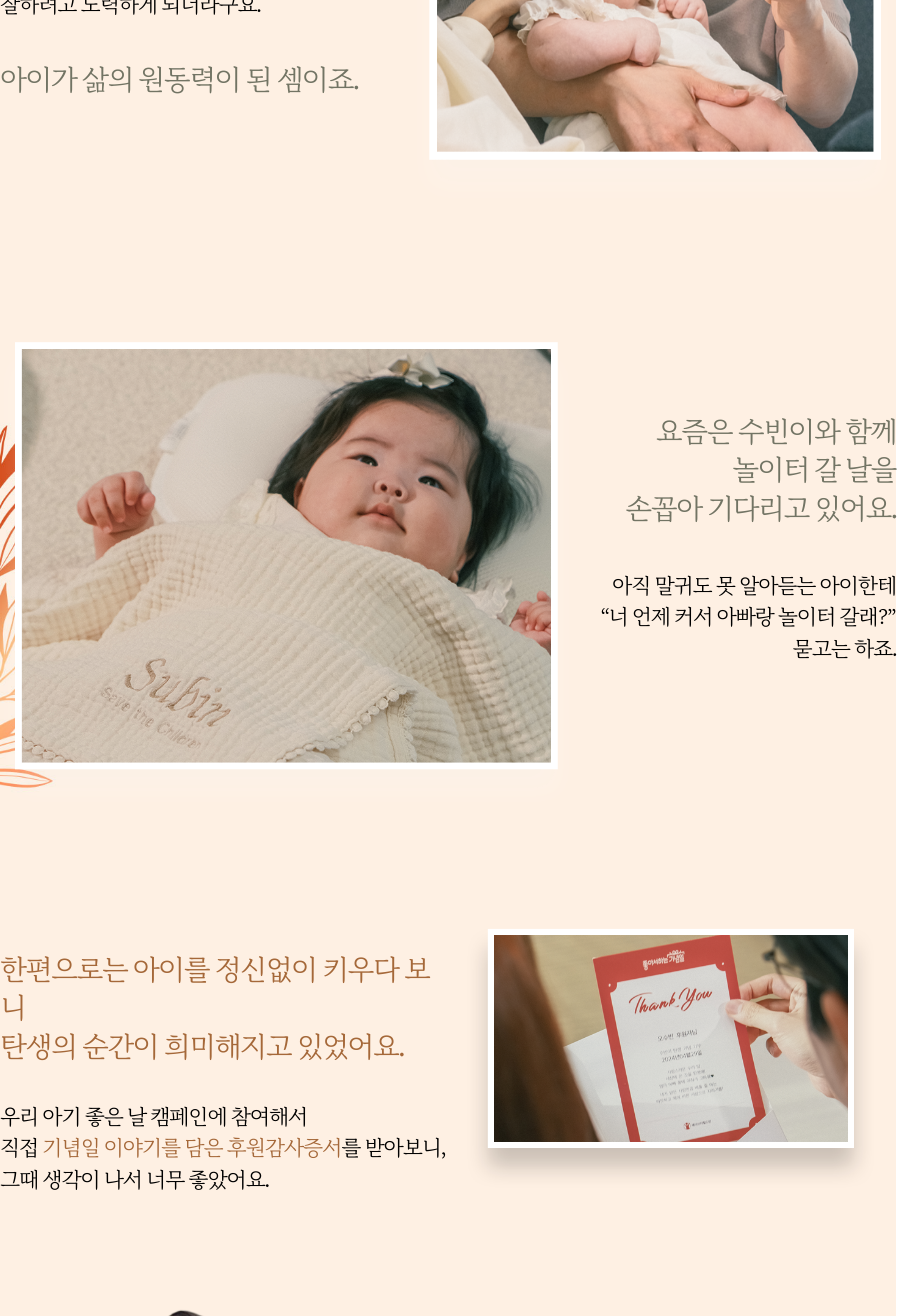
Repository: dlgywls1130/saveTheChildren
Page: index.html
These files come from the project's save history. The page is drawn as it stood at one moment and after the next save; the edit follows.
The browser window is 1280 px wide. The page is 1293 px wide, so the pictures cover 1293 px, including what lies to the right of the window. The pictures show the part of the page from y = 4620 to 6500 px (the page is 10734 px tall before and 10464 px after), at 70% of full size.
Some web fonts or font styles are not loaded; a fallback is used. The style sheet was rebuilt from its Sass, Less or Tailwind sources for each picture, by a compiler version that may differ from the author's.

Above is the page before, as saved 2024-11-01 23:18:33.

After the next save:
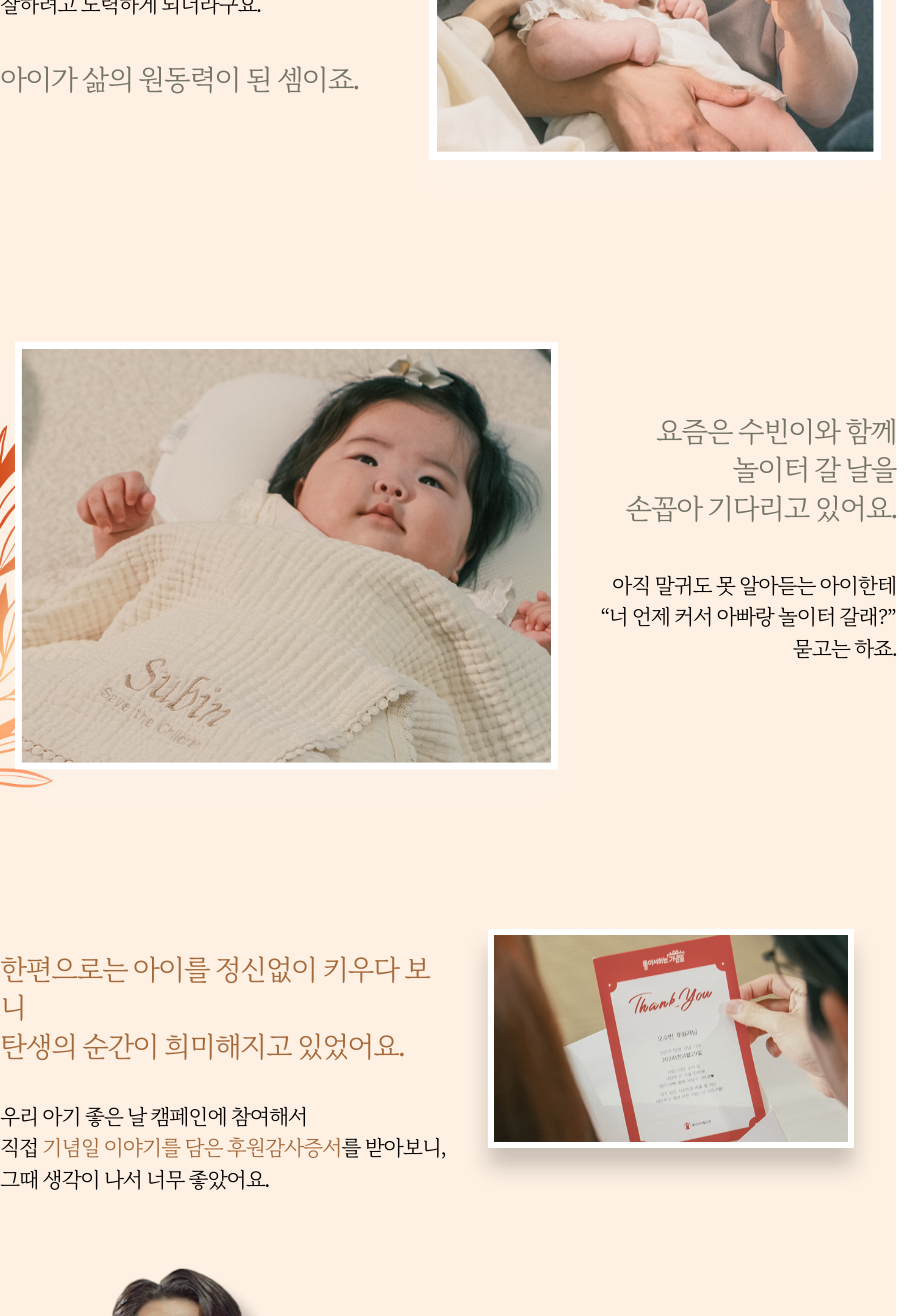
Saved 9 s later.
--- a/index.html
+++ b/index.html
@@ -171,7 +171,7 @@
             </div>
 
             <div class="story_05">
-                <div class="story_05_01 pt-150 px-60 pb-60">
+                <div class="story_05_01 pt-150 px-60 ">
                     <div class="img_story">
                         <img src="/images/s5_1.png">
                     </div>
@@ -187,7 +187,7 @@
                     </div>
                 </div>
 
-                <div class="story_05_02 pt-150 px-60 pb-60">
+                <div class="story_05_02 px-60">
 
                     <div class="story_text">
                         “저는 칭찬 받거나 스스로에게 자부심을
